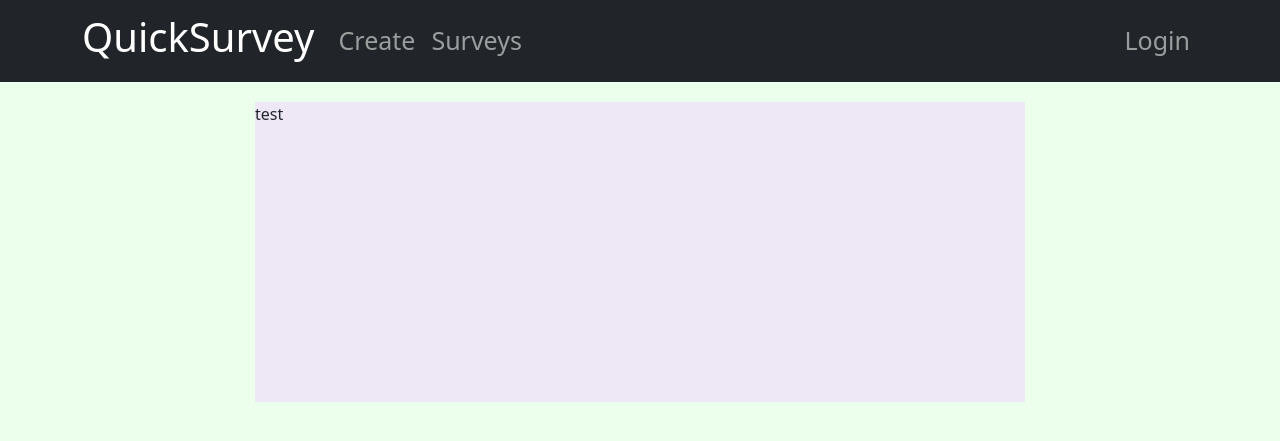
Repository: cakuang1/QuickSurveyReact
Page: /create (app in frontend/)
These files come from the project's save history. The page is drawn as it stood at one moment and after the next save; the edit follows.
The browser window is 1280 px wide. The pictures show the whole page.
The project was rebuilt for these pictures with package versions that can differ from the ones it lists, and the page was loaded fresh each time. Also part of the build but not shown: frontend/src/index.css, frontend/src/pages/home/home.js, frontend/src/pages/pastsurveys/pastsurveys.js, frontend/src/pages/login/login.js, frontend/src/pages/register/register.js.

Above is the page before, as saved 2022-07-29 03:05:14.

### frontend/src/App.js

import Navigation from './components/Nav/Nav';
import {BrowserRouter,Route,Routes} from "react-router-dom";
import Home from "./pages/home/home"
import Create from "./pages/create/create"
import CreatedSurveys from "./pages/pastsurveys/pastsurveys"
import LogRegi from "./pages/login/login"
import Register from "./pages/register/register"




function App() {
  return (
  <BrowserRouter>
    <Navigation/>
    <Routes>
      <Route path='/' element = {<Home/>}></Route>
      <Route path = 'create' element = {<Create/>}></Route>
      <Route path = 'created' element = {<CreatedSurveys/>}></Route>
      <Route path = 'login' element = {<LogRegi/>}></Route>
      <Route path = 'register' element = {<Register/>}></Route>
    </Routes>

  </BrowserRouter>

  );
}

export default App;

### frontend/src/components/Nav/Nav.js
import React,{useState} from "react";
import Nav from 'react-bootstrap/Nav';
import Navbar from 'react-bootstrap/Navbar';

import Container from 'react-bootstrap/Container';
import 'bootstrap/dist/css/bootstrap.min.css';
import {Link} from 'react-router-dom'
import "./nav.css"



export default function Navigation() {
  return (
    <Navbar collapseOnSelect expand="lg" bg="dark" variant="dark">
      <Container>
        <Navbar.Brand as={Link} to="/home">
          <h1>QuickSurvey</h1>
        </Navbar.Brand>
        <Navbar.Toggle aria-controls="responsive-navbar-nav" />
        <Navbar.Collapse id="responsive-navbar-nav">
          <Nav className="me-auto">
            <Nav.Link as={Link} to="/create">Create</Nav.Link>
            <Nav.Link as={Link} to="/created">Surveys</Nav.Link>

          </Nav>
          <Nav>
            <Nav.Link as={Link} to="/login">Login</Nav.Link>
          </Nav>
        </Navbar.Collapse>
      </Container>
    </Navbar>
  );
}

### frontend/src/pages/create/create.js
import React from 'react'
import "./create.css"
function Question() {
  <div>







  </div>




}


export default function Create(){
  return (
    <div className='outsidecontainer'>
      <div className='titlecontainer'>
        test

      </div>








    </div>
  )
}

### frontend/src/components/Nav/nav.css
.nav-link {
    font-size: 25px;

}

### frontend/src/pages/create/create.css
.titlecontainer {
    background-color: #ede7f6;
    height: 300px;


}

.outsidecontainer {
    width: 770px;
    margin: auto;
    margin-top: 20px;

}

### frontend/src/pages/login/login.css
.box {
width: 40vw;
min-width: 700px;
min-height: 480px;
border-radius: 10px;
background-color: #fff;
box-shadow: #6a839c33 0 8px 24px;
margin: 50px 10px;
display: flex;
flex-direction: column;
align-items: center;
}

.box2 {

    width: 40vw;
    min-width: 700px;
    min-height: 480px;
    border-radius: 10px;
    background-color: #fff;
    box-shadow: #6a839c33 0 8px 24px;
    margin: 50px 10px;
    display: flex;
    flex-direction: column;
    align-items: center;
    padding-bottom: 100px;



}

.description {
    margin-top: 20px;
    font-size: larger;

}
body {

    background-color: #ecffec;
}

.test {
    display: flex;
    width: 100vw;
    height: 100vh;
    flex-direction: column;
    align-items: center;
    justify-content: center;
    transition: background-color .2s;
}

.loginform {
    display: flex;
    flex-direction: column;
    width: 80%;
    margin-top: 50px;
    margin-bottom: 15px;
}

.loginform input {
    margin-bottom: 40px;
    padding: 18px 18px 18px 40px;
    font-family: GilroyRegular;
    border: 1px solid #c2f3c2;
    border-radius: 8px;
    color: var(--blue);
}

.loginform button {
    outline: none;
    border: none;
    padding: 17px;
    border-radius: 8px;
    font-family: GilroyRegular;

    background-color: #c2f3c2;
    transition: .2s;
    font-size: 20px;


}


.messages {

    width: 80%;
    height: 50px;
    margin: auto;
    text-align: center;
    font-size: 17px;
    font-weight: bold;
    vertical-align: middle;
    line-height: 50px;
}
.messagecontainer {
    width: 100%;
    height: 100px;
}

Loaded but not shown: frontend/public/index.html (common file); frontend/src/index.js (common file)

After the next save:
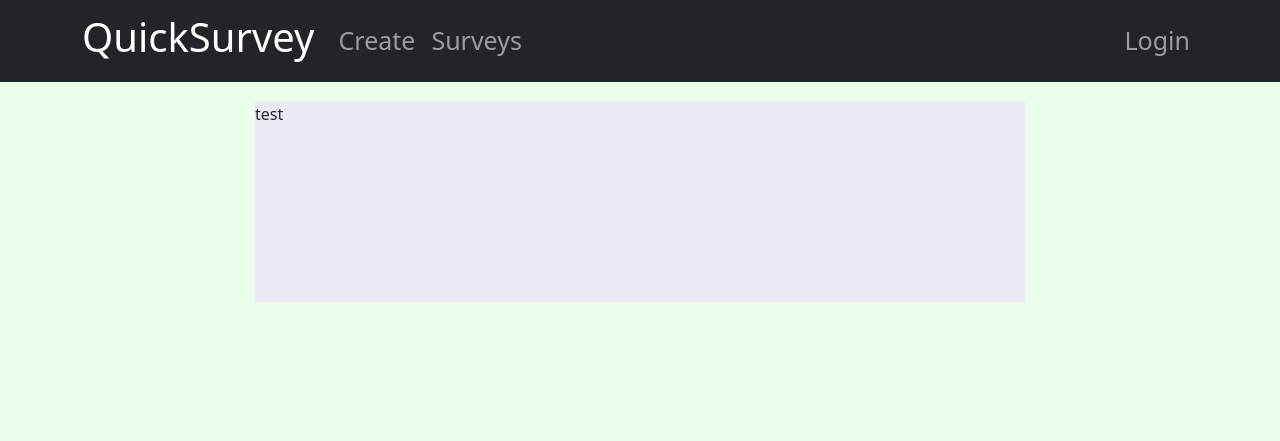
Saved 5 s later.
--- a/frontend/src/pages/create/create.css
+++ b/frontend/src/pages/create/create.css
@@ -1,6 +1,6 @@
 .titlecontainer {
     background-color: #ede7f6;
-    height: 300px;
+    height: 200px;
 
 
 }
